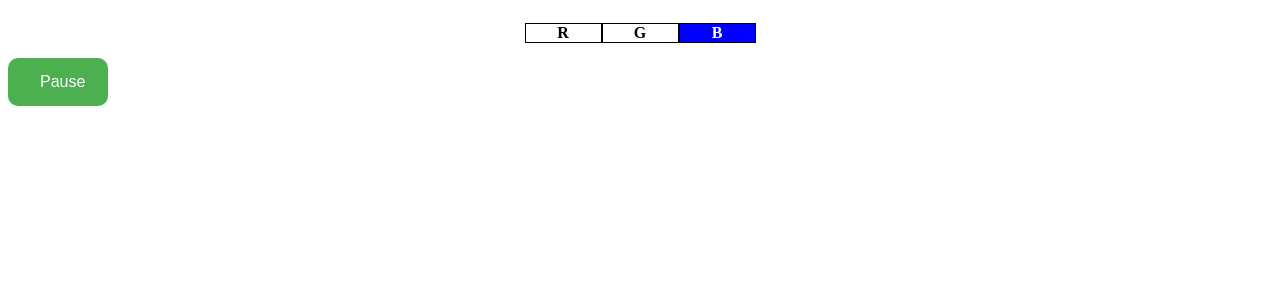
Repository: pothupreethi/Javascript
Page: javaScript/Exercise.html
The author's editor kept a record of every edit. The page is drawn from the files as they stood at one moment, then again after the next edit.
The browser window is 1280 px wide. The pictures show the whole page.

Above is the page before.

After the next edit:
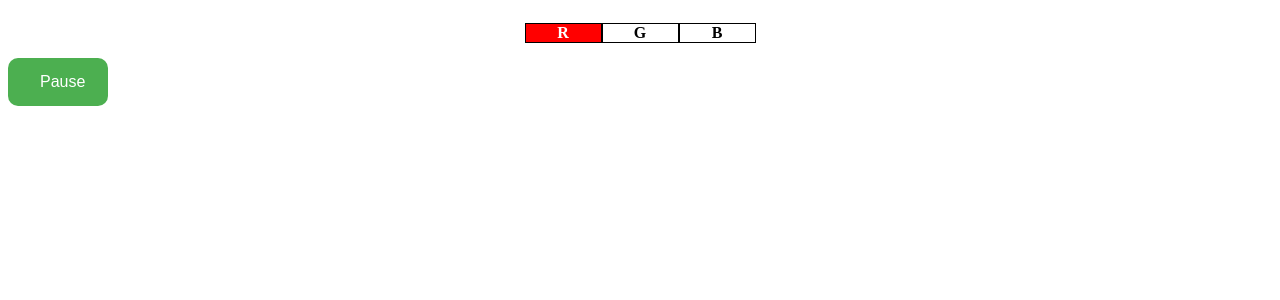
The edit:
--- a/javaScript/Exercise.html
+++ b/javaScript/Exercise.html
@@ -70,7 +70,7 @@
                 count = 0;
                 if (count < 5) {
                     console.log(variable);
-                    if (redColor.style.backgroundColor === "red") {
+                    if (redColor.style.backgroundColor === variable) {
                         greenColor.style.backgroundColor = "green";
                         greenColor.style.color = "white"
                         redColor.style.backgroundColor = "white"
